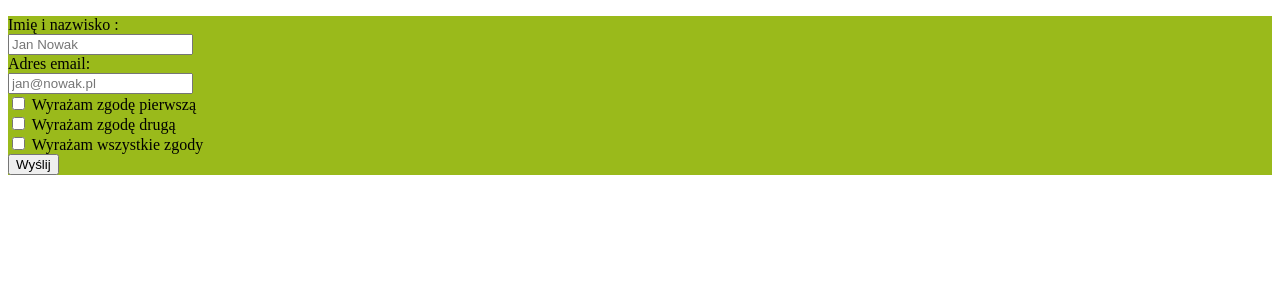
Repository: magdaf41/JavaScript
Page: JS DOM zadanie_5/index.html
An editor plug-in stored every save of this project. The page is shown before and after the next save, followed by the edit.
The browser window is 1280 px wide. The pictures show the whole page.

Above is the page before, as saved 2020-09-06 17:52:31.

### JS DOM zadanie_5/index.html
<!DOCTYPE html>
<html lang="en">

<head>
    <meta charset="UTF-8">
    <meta name="viewport" content="width=device-width, initial-scale=1.0">
    <title>Warsztat 3 - Walidacja formularza</title>
    <link rel="stylesheet" href="css/style.css">
</head>

<body>
    <form id="newsletter-form" action="">

        <ul id="errors"></ul>
        <label for="name">Imię  i nazwisko : </label><br>
        <input type="text" name="name" id="name" placeholder="Jan Nowak"><br>
        <label for="email">Adres email:  </label><br>
        <input type="email" name="email" id="email" placeholder="jan@nowak.pl"><br>


        <input type="checkbox" name="accept_1" id="accept_1">
        <label for="accept_1">Wyrażam zgodę pierwszą</label><br>
        <input type="checkbox" name="accept_2" id="accept_2">
        <label for="accept_2">Wyrażam zgodę drugą</label><br>
        <input type="checkbox" name="allAccept" id="allAccept">
        <label for="allAccept">Wyrażam wszystkie zgody</label><br>

         <button type="submit" id="send">Wyślij</button>
    </form>


    <script src="js/script.js"></script>
</body>

</html>

### JS DOM zadanie_5/css/style.css
form#newsletter-form {
background-color: rgb(154,186,27);
font-size: 16px;
}

### JS DOM zadanie_5/js/script.js
let form = document.getElementById('newsletter-form');
let allAcceptChx = document.getElementById('allAccept');


const validate = (event) => {

    let txtName = document.getElementById('name')
    let txtEmail = document.getElementById('email');
    let accept1 = document.getElementById('accept_1');
    let errors = document.getElementById('errors');

    errors.innerHTML = "";

    if (txtName.value.trim() === "") {
        let liError = document.createElement('li')
        liError.innerText = "Wpisz imię i nazwisko!"

        errors.appendChild(liError);
    }

    if (!txtEmail.value.includes('@')) {
        let liError = document.createElement('li')
        liError.innerText = "Adres email musi zawierać znak @"

        errors.appendChild(liError);
    }

    if (txtEmail.value.trim() === "") {
        let liError = document.createElement('li')
        liError.innerText = "Wpisz adres email!"

        errors.appendChild(liError);
    }

    if (!accept1.checked) {
        let liError = document.createElement('li')
        liError.innerText = "Nie wyraziłeś zgody 1"

        errors.appendChild(liError);
    }

    if (errors.children.length > 0) {
        event.preventDefault();
    }
}



const allAccept = (event) => {
    let accept1 = document.getElementById('accept_1');
    let accept2 = document.getElementById('accept_2');

    accept1.checked = event.target.checked;
    accept2.checked = event.target.checked;
    // console.log(event.target.checked);
    accept1.disabled = event.target.checked;
    accept2.disabled = event.target.checked;
}



form.addEventListener('submit', validate);
allAcceptChx.addEventListener('change', allAccept);

After the next save:
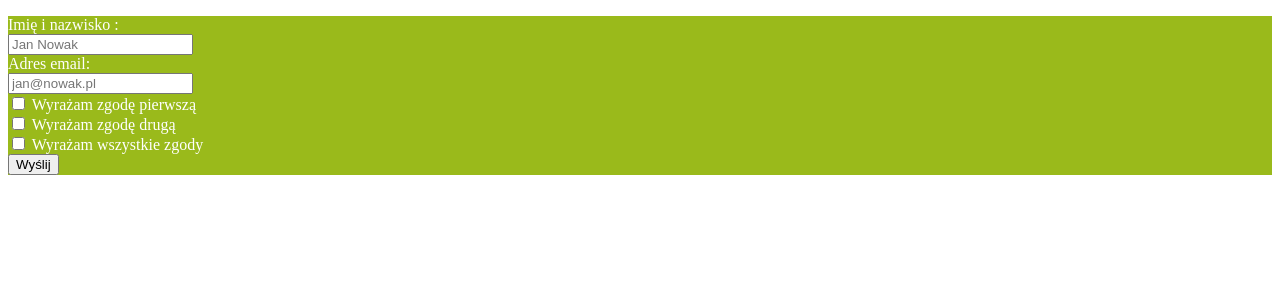
Saved 21 s later.
--- a/JS DOM zadanie_5/css/style.css
+++ b/JS DOM zadanie_5/css/style.css
@@ -1,4 +1,5 @@
 form#newsletter-form {
 background-color: rgb(154,186,27);
 font-size: 16px;
+color: #ffffff;
 }
